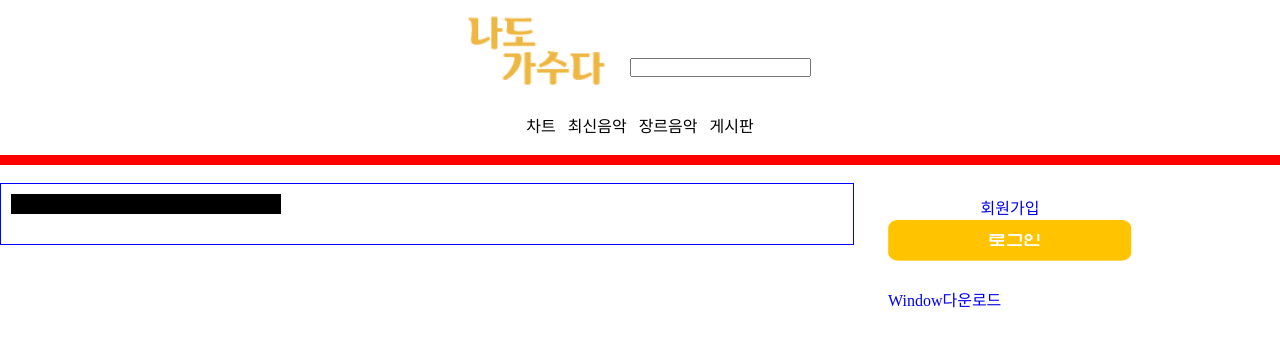
Repository: Ea-Bell/GraduationPortfolio
Page: http://localhost/WebTest/webTest/View/test/test.jsp
An editor plug-in stored every save of this project. The page is shown before and after the next save, followed by the edit.
The browser window is 1280 px wide. The pictures show the whole page.
The page is served by Tomcat 9. Nobody is signed in. The application's start-up code is not run.

Above is the page before, as saved 2020-09-16 08:04:55.

After the next save:
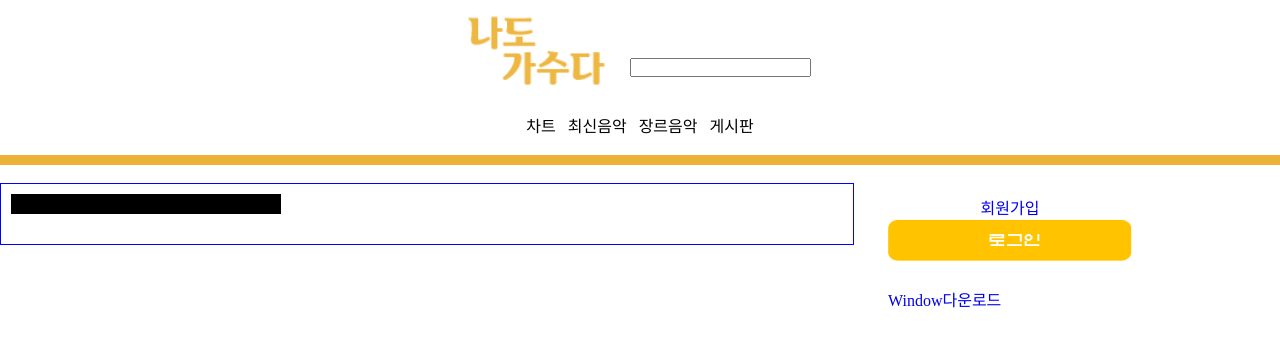
Saved 45 s later.
--- a/WEB_Server/WebTest/WebContent/webTest/View/test/test.jsp
+++ b/WEB_Server/WebTest/WebContent/webTest/View/test/test.jsp
@@ -42,7 +42,7 @@
 
 	</div>
 </header>
-		<hr id="hr" size="10px" color="red">
+		<hr id="hr" size="10px" color="#ECB237">
 		<br>
 	<!-- 콘텐츠 -->
 
